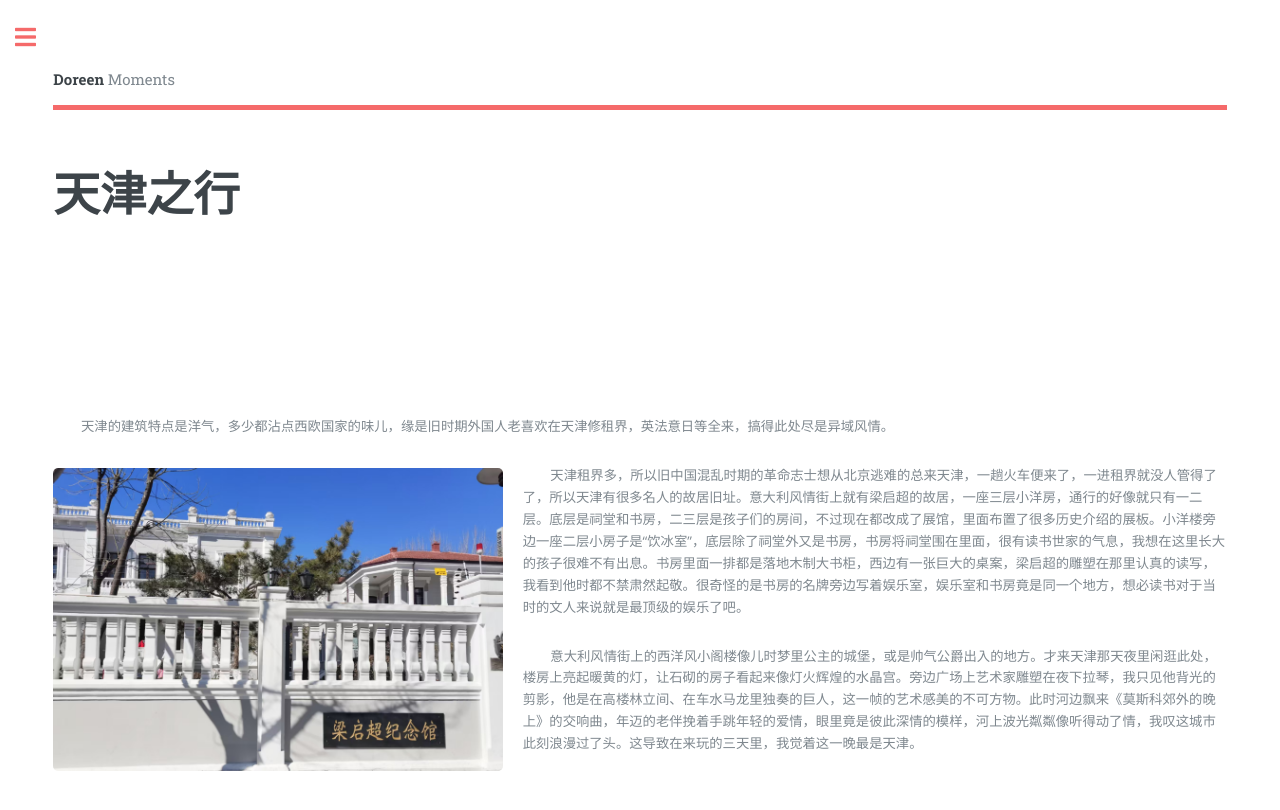
Repository: Hpz3859/Hpz3859.github.io
Page: tianjin_2023_02.html
An editor plug-in stored every save of this project. The page is shown before and after the next save, followed by the edit.
The browser window is 1280 px wide. The pictures show the whole page.

Above is the page before, as saved 2025-03-19 19:52:42.

### tianjin_2023_02.html
<!DOCTYPE HTML>
<!--
	Editorial by HTML5 UP
	html5up.net | @ajlkn
	Free for personal and commercial use under the CCA 3.0 license (html5up.net/license)
-->
<html>
	<head>
		<title>Doreen tianjin_2023_02</title>
		<meta charset="utf-8" />
		<meta name="viewport" content="width=device-width, initial-scale=1, user-scalable=no" />
		<link rel="stylesheet" href="assets/css/main.css" />
	</head>
	<body class="is-preload">

		<!-- Wrapper -->
			<div id="wrapper">

				<!-- Main -->
					<div id="main">
						<div class="inner">

							<!-- Header -->
								<header id="header">
									<a href="tianjin_2023_02.html" class="logo"><strong>Doreen</strong> Moments</a>

								</header>

							<!-- Content -->
								<section>
									<header class="main">
										<h1>天津之行</h1>
									</header>
									<p>&nbsp;</p>
									<p>&nbsp;</p>
									<p>&nbsp;</p>
									<p>&nbsp;&nbsp;&nbsp;&nbsp;&nbsp;&nbsp;&nbsp;&nbsp;天津的建筑特点是洋气，多少都沾点西欧国家的味儿，缘是旧时期外国人老喜欢在天津修租界，英法意日等全来，搞得此处尽是异域风情。</p>

									<p>
										<span class="image left"><img src="images/tianjin_1.jpg" alt="" /></span>
										&nbsp;&nbsp;&nbsp;&nbsp;&nbsp;&nbsp;&nbsp;&nbsp;天津租界多，所以旧中国混乱时期的革命志士想从北京逃难的总来天津，一趟火车便来了，一进租界就没人管得了了，所以天津有很多名人的故居旧址。意大利风情街上就有梁启超的故居，一座三层小洋房，通行的好像就只有一二层。底层是祠堂和书房，二三层是孩子们的房间，不过现在都改成了展馆，里面布置了很多历史介绍的展板。小洋楼旁边一座二层小房子是“饮冰室”，底层除了祠堂外又是书房，书房将祠堂围在里面，很有读书世家的气息，我想在这里长大的孩子很难不有出息。书房里面一排都是落地木制大书柜，西边有一张巨大的桌案，梁启超的雕塑在那里认真的读写，我看到他时都不禁肃然起敬。很奇怪的是书房的名牌旁边写着娱乐室，娱乐室和书房竟是同一个地方，想必读书对于当时的文人来说就是最顶级的娱乐了吧。
									</p>
									<p>&nbsp;&nbsp;&nbsp;&nbsp;&nbsp;&nbsp;&nbsp;&nbsp;意大利风情街上的西洋风小阁楼像儿时梦里公主的城堡，或是帅气公爵出入的地方。才来天津那天夜里闲逛此处，楼房上亮起暖黄的灯，让石砌的房子看起来像灯火辉煌的水晶宫。旁边广场上艺术家雕塑在夜下拉琴，我只见他背光的剪影，他是在高楼林立间、在车水马龙里独奏的巨人，这一帧的艺术感美的不可方物。此时河边飘来《莫斯科郊外的晚上》的交响曲，年迈的老伴挽着手跳年轻的爱情，眼里竟是彼此深情的模样，河上波光粼粼像听得动了情，我叹这城市此刻浪漫过了头。这导致在来玩的三天里，我觉着这一晚最是天津。</p>

								</section>

						</div>
					</div>

				<!-- Sidebar -->
					<div id="sidebar">
						<div class="inner">

							<!-- Search -->
								<section id="search" class="alt">
									<form method="post" action="#">
										<input type="text" name="query" id="query" placeholder="Search" />
									</form>
								</section>

							<!-- Menu -->
								<nav id="menu">
									<header class="major">
										<h2>目录</h2>
									</header>
									<ul>
										<li><a href="./index.html">主页</a></li>
										<li>
											<span class="opener">文章</span>
											<ul>
												<li><a href="experience.html">过往经历</a></li>
												<li><a href="#">数据挖掘</a></li>
												<li><a href="#">量化与投资</a></li>
												<li><a href="moments.html">随笔</a></li>
											</ul>
										</li>
										<li>
											<span class="opener">视频</span>
											<ul>
												<li><a href="#">待更新</a></li>
												<li><a href="#">待更新</a></li>
											</ul>
										</li>

									</ul>
								</nav>

							<!-- Section -->
								<section>
									<header class="major">
										<h2>Ante interdum</h2>
									</header>
									<div class="mini-posts">
										<article>
											<a href="#" class="image"><img src="images/pic07.jpg" alt="" /></a>
											<p>Aenean ornare velit lacus, ac varius enim lorem ullamcorper dolore aliquam.</p>
										</article>
										<article>
											<a href="#" class="image"><img src="images/pic08.jpg" alt="" /></a>
											<p>Aenean ornare velit lacus, ac varius enim lorem ullamcorper dolore aliquam.</p>
										</article>
										<article>
											<a href="#" class="image"><img src="images/pic09.jpg" alt="" /></a>
											<p>Aenean ornare velit lacus, ac varius enim lorem ullamcorper dolore aliquam.</p>
										</article>
									</div>
									<ul class="actions">
										<li><a href="#" class="button">More</a></li>
									</ul>
								</section>



							<!-- Footer -->
								<footer id="footer">
									<p class="copyright">&copy; Untitled. All rights reserved. Demo Images: <a href="https://unsplash.com">Unsplash</a>. Design: <a href="https://html5up.net">HTML5 UP</a>.</p>
								</footer>

						</div>
					</div>

			</div>

		<!-- Scripts -->
			<script src="assets/js/jquery.min.js"></script>
			<script src="assets/js/browser.min.js"></script>
			<script src="assets/js/breakpoints.min.js"></script>
			<script src="assets/js/util.js"></script>
			<script src="assets/js/main.js"></script>

	</body>
</html>

Loaded but not shown: assets/css/fontawesome-all.min.css (library); assets/js/jquery.min.js (library); assets/js/browser.min.js (common file); assets/js/breakpoints.min.js (common file); assets/js/util.js (587 lines, source omitted); assets/js/main.js (262 lines, source omitted); assets/css/main.css (2273 lines, source omitted)

After the next save:
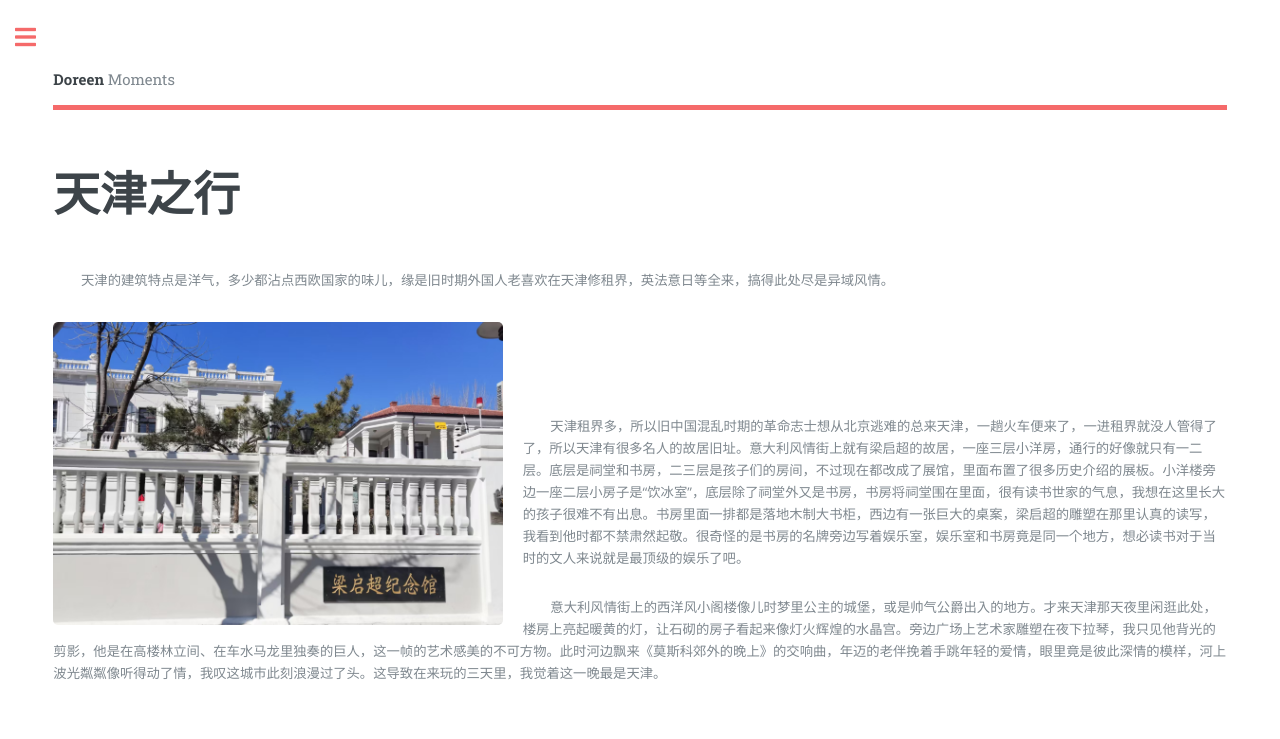
Saved 25 s later.
--- a/tianjin_2023_02.html
+++ b/tianjin_2023_02.html
@@ -31,13 +31,13 @@
 									<header class="main">
 										<h1>天津之行</h1>
 									</header>
-									<p>&nbsp;</p>
-									<p>&nbsp;</p>
-									<p>&nbsp;</p>
+
 									<p>&nbsp;&nbsp;&nbsp;&nbsp;&nbsp;&nbsp;&nbsp;&nbsp;天津的建筑特点是洋气，多少都沾点西欧国家的味儿，缘是旧时期外国人老喜欢在天津修租界，英法意日等全来，搞得此处尽是异域风情。</p>
 
 									<p>
 										<span class="image left"><img src="images/tianjin_1.jpg" alt="" /></span>
+										<p>&nbsp;</p>
+									<p>&nbsp;</p>
 										&nbsp;&nbsp;&nbsp;&nbsp;&nbsp;&nbsp;&nbsp;&nbsp;天津租界多，所以旧中国混乱时期的革命志士想从北京逃难的总来天津，一趟火车便来了，一进租界就没人管得了了，所以天津有很多名人的故居旧址。意大利风情街上就有梁启超的故居，一座三层小洋房，通行的好像就只有一二层。底层是祠堂和书房，二三层是孩子们的房间，不过现在都改成了展馆，里面布置了很多历史介绍的展板。小洋楼旁边一座二层小房子是“饮冰室”，底层除了祠堂外又是书房，书房将祠堂围在里面，很有读书世家的气息，我想在这里长大的孩子很难不有出息。书房里面一排都是落地木制大书柜，西边有一张巨大的桌案，梁启超的雕塑在那里认真的读写，我看到他时都不禁肃然起敬。很奇怪的是书房的名牌旁边写着娱乐室，娱乐室和书房竟是同一个地方，想必读书对于当时的文人来说就是最顶级的娱乐了吧。
 									</p>
 									<p>&nbsp;&nbsp;&nbsp;&nbsp;&nbsp;&nbsp;&nbsp;&nbsp;意大利风情街上的西洋风小阁楼像儿时梦里公主的城堡，或是帅气公爵出入的地方。才来天津那天夜里闲逛此处，楼房上亮起暖黄的灯，让石砌的房子看起来像灯火辉煌的水晶宫。旁边广场上艺术家雕塑在夜下拉琴，我只见他背光的剪影，他是在高楼林立间、在车水马龙里独奏的巨人，这一帧的艺术感美的不可方物。此时河边飘来《莫斯科郊外的晚上》的交响曲，年迈的老伴挽着手跳年轻的爱情，眼里竟是彼此深情的模样，河上波光粼粼像听得动了情，我叹这城市此刻浪漫过了头。这导致在来玩的三天里，我觉着这一晚最是天津。</p>
